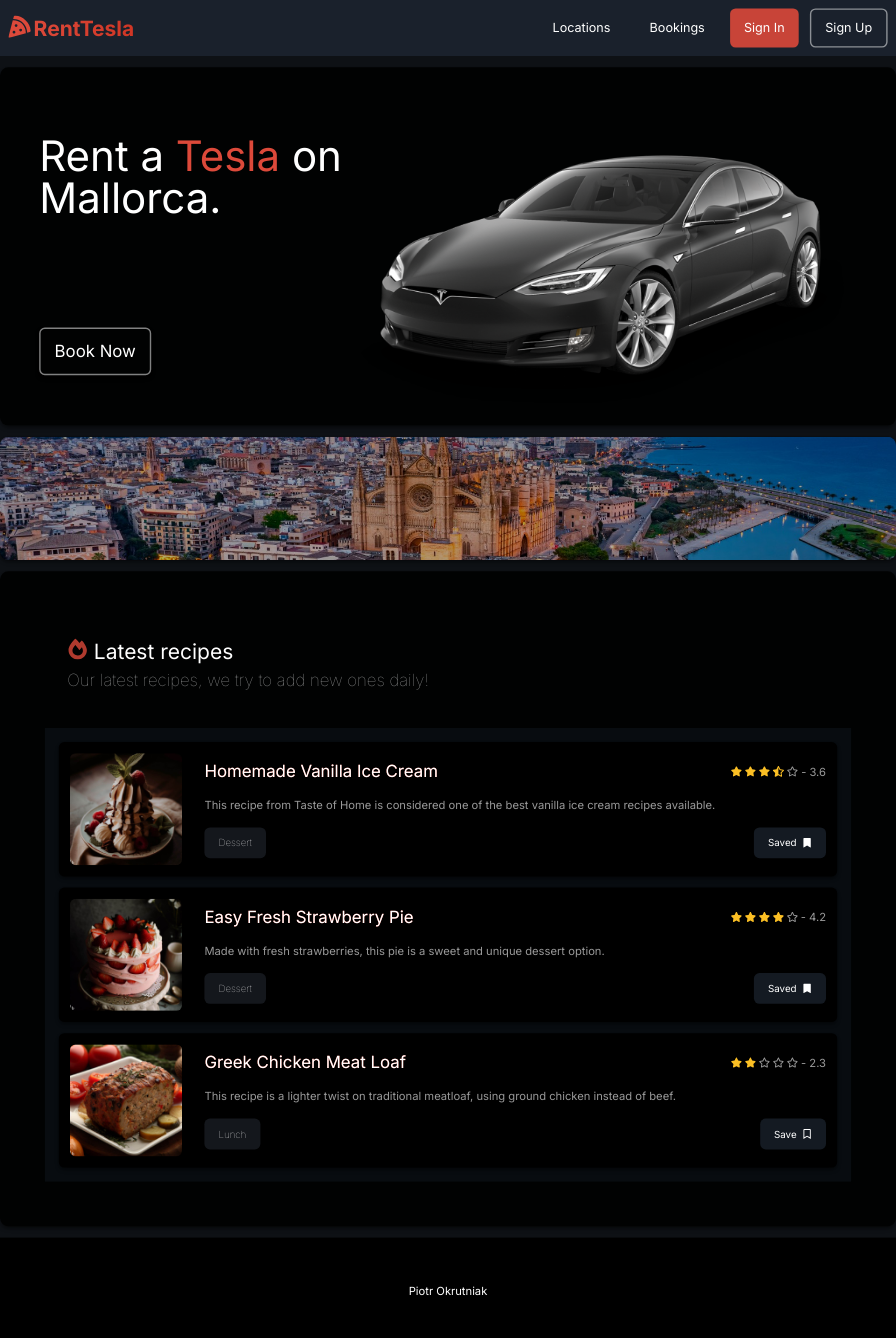
Repository: piotrokrutniak/RentallApp.UI
Page: /
An editor plug-in stored every save of this project. The page is shown before and after the next save, followed by the edit.
The browser window is 1280 px wide. The pictures show the whole page, at 70% of full size.
The project was rebuilt for these pictures with package versions that can differ from the ones it lists, and the page was loaded fresh each time. The framework's server and built-in components were replaced by stand-ins that run in the browser. Also part of the build but not shown: next.config.js.

Above is the page before, as saved 2023-10-05 21:10:13.

After the next save:
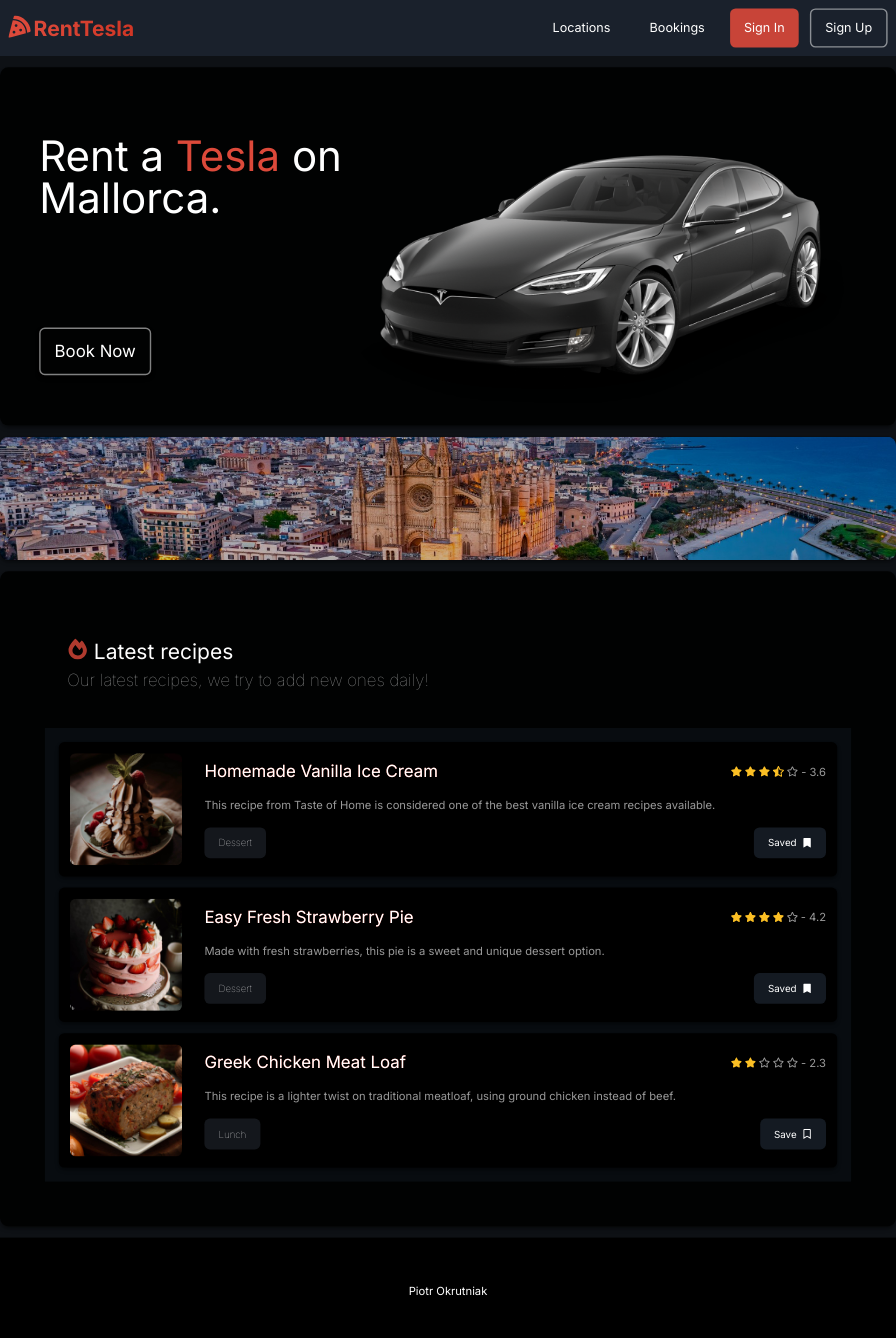
Saved 4 s later.
--- a/src/app/page.tsx
+++ b/src/app/page.tsx
@@ -35,7 +35,7 @@
       </section>
 
       <section id="searchbar-section" className='overflow-clip max-w-7xl relative bg-black/90 px-7 h-44 m-auto w-full  p-8 sm:px-16 rounded-xl shadow-md shadow-black/40 flex-col'>
-        <Image src={lunch} layout="fill" objectFit="cover" alt="Breakfast Photo" className="w-full opacity-70 group-hover:opacity-50"/>
+        <Image src={lunch} layout="fill" objectFit="cover" alt="Breakfast Photo" className="w-full opacity-80 group-hover:opacity-50"/>
       </section>
 
       <section id="top-picks-section" className='max-w-7xl bg-black/90 m-auto w-full sm:p-8 rounded-xl shadow-md shadow-black/40 flex-col'>
